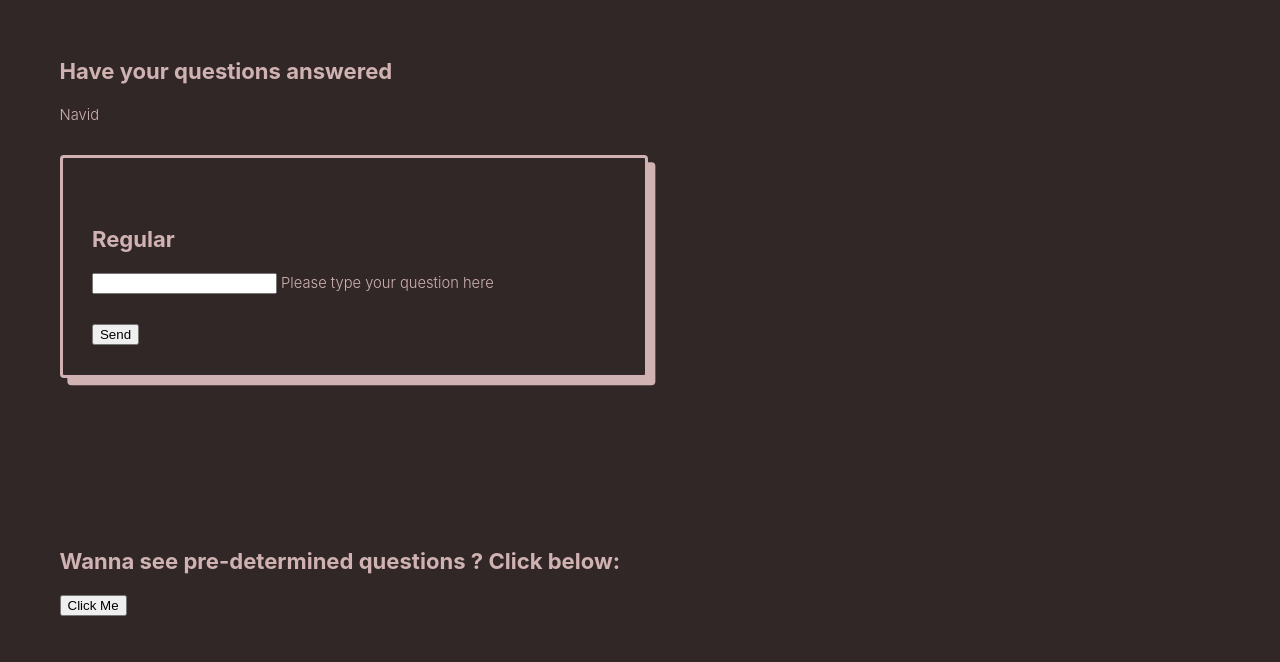
Repository: navid-amini12/capstone-1
Page: quiz.html
These files come from the project's save history. The page is drawn as it stood at one moment and after the next save; the edit follows.
The browser window is 1280 px wide. The pictures show the whole page.
Some web fonts or font styles are not loaded; a fallback is used.

Above is the page before, as saved 2022-05-17 13:16:42.

### quiz.html

<head>
    <link rel="stylesheet" href="quiz.css">
    </head>

<article class="l-design-widht">
    <h1>Have your questions answered</h1>

   <p>Navid</p>

    <div class="card">
      <h2><svg class="icon" aria-hidden="true">
        <h2>Regular</h2>
      <label class="input">
        <input class="input__field" type="text" placeholder=" " />
        <span class="input__label">Please type your question here</span>
      </label>
      <div class="button-group">
        <button>Send</button>

      </div>
    </div>



  <svg xmlns="http://www.w3.org/2000/svg" class="hidden">
    <symbol id="icon-coffee" viewBox="0 0 20 20">
      <title>icon-coffee</title>
      <path fill="currentColor" d="M15,17H14V9h3a3,3,0,0,1,3,3h0A5,5,0,0,1,15,17Zm1-6v3.83A3,3,0,0,0,18,12a1,1,0,0,0-1-1Z"/>
      <rect fill="currentColor" x="1" y="7" width="15" height="12" rx="3" ry="3"/>
      <path fill="var(--color-accent)" d="M7.07,5.42a5.45,5.45,0,0,1,0-4.85,1,1,0,0,1,1.79.89,3.44,3.44,0,0,0,0,3.06,1,1,0,0,1-1.79.89Z"/>
      <path fill="var(--color-accent)" d="M3.07,5.42a5.45,5.45,0,0,1,0-4.85,1,1,0,0,1,1.79.89,3.44,3.44,0,0,0,0,3.06,1,1,0,1,1-1.79.89Z"/>
      <path fill="var(--color-accent)" d="M11.07,5.42a5.45,5.45,0,0,1,0-4.85,1,1,0,0,1,1.79.89,3.44,3.44,0,0,0,0,3.06,1,1,0,1,1-1.79.89Z"/>
    </symbol>
  </svg>


    <h1>Wanna see pre-determined questions ? Click below:</h1>
    <button id = clickMeButton >Click Me</button>

### quiz.css
@import url('https://rsms.me/inter/inter.css');

:root {
  --color-light: rgb(49, 39, 39);
  --color-dark: #d1b2b2;
  --color-signal: #2a2121;

  --color-background: var(--color-light);
  --color-text: var(--color-dark);
  --color-accent: var(--color-signal);

  --size-bezel: .5rem;
  --size-radius: 4px;

  line-height: 1.4;

  font-family: 'Inter', sans-serif;
  font-size: calc(.6rem + .4vw);
  color: var(--color-text);
  background: var(--color-background);
  font-weight: 300;
  padding: 0 calc(var(--size-bezel) * 3);
}





.card {
  background: var(--color-background);
  padding: calc(4 * var(--size-bezel));
  margin-top: calc(4 * var(--size-bezel));
  border-radius: var(--size-radius);
  border: 3px solid var(--color-shadow, currentColor);
  box-shadow: .5rem .5rem 0 var(--color-shadow, currentColor);




}


.l-design-widht {
  max-width: 40rem;
  padding: 2rem;
}

.input {
  position: relative;
}
.button-group {
  margin-top: 30px
}
button {
    <!-- HTML !-->
    <button class="button-78" role="button">Button 78</button>

    /* CSS */
    .button-78 {
      align-items: center;
      appearance: none;
      background-clip: padding-box;
      background-color: initial;
      background-image: none;
      border-style: none;
      box-sizing: border-box;
      color: #fff;
      cursor: pointer;
      display: inline-block;
      flex-direction: row;
      flex-shrink: 0;
      font-family: Eina01,sans-serif;
      font-size: 16px;
      font-weight: 800;
      justify-content: center;
      line-height: 24px;
      margin: 0;
      min-height: 64px;
      outline: none;
      overflow: visible;
      padding: 19px 26px;
      pointer-events: auto;
      position: relative;
      text-align: center;
      text-decoration: none;
      text-transform: none;
      user-select: none;
      -webkit-user-select: none;
      touch-action: manipulation;
      vertical-align: middle;
      width: auto;
      word-break: keep-all;
      z-index: 0;
    }

    @media (min-width: 768px) {
      .button-78 {
        padding: 19px 32px;
      }
    }

    .button-78:before,
    .button-78:after {
      border-radius: 80px;
    }

    .button-78:before {
      background-image: linear-gradient(92.83deg, #ff7426 0, #f93a13 100%);
      content: "";
      display: block;
      height: 100%;
      left: 0;
      overflow: hidden;
      position: absolute;
      top: 0;
      width: 100%;
      z-index: -2;
    }

    .button-78:after {
      background-color: initial;
      background-image: linear-gradient(#541a0f 0, #0c0d0d 100%);
      bottom: 4px;
      content: "";
      display: block;
      left: 4px;
      overflow: hidden;
      position: absolute;
      right: 4px;
      top: 4px;
      transition: all 100ms ease-out;
      z-index: -1;
    }

    .button-78:hover:not(:disabled):before {
      background: linear-gradient(92.83deg, rgb(255, 116, 38) 0%, rgb(249, 58, 19) 100%);
    }

    .button-78:hover:not(:disabled):after {
      bottom: 0;
      left: 0;
      right: 0;
      top: 0;
      transition-timing-function: ease-in;
      opacity: 0;
    }

    .button-78:active:not(:disabled) {
      color: #ccc;
    }

    .button-78:active:not(:disabled):before {
      background-image: linear-gradient(0deg, rgba(0, 0, 0, .2), rgba(0, 0, 0, .2)), linear-gradient(92.83deg, #ff7426 0, #f93a13 100%);
    }

    .button-78:active:not(:disabled):after {
      background-image: linear-gradient(#541a0f 0, #0c0d0d 100%);
      bottom: 4px;
      left: 4px;
      right: 4px;
      top: 4px;
    }

    .button-78:disabled {
      cursor: default;
      opacity: .24;
    }
}


.icon {
  display: inline-block;
  height: 0em;
  margin-right: .5em;
}

After the next save:
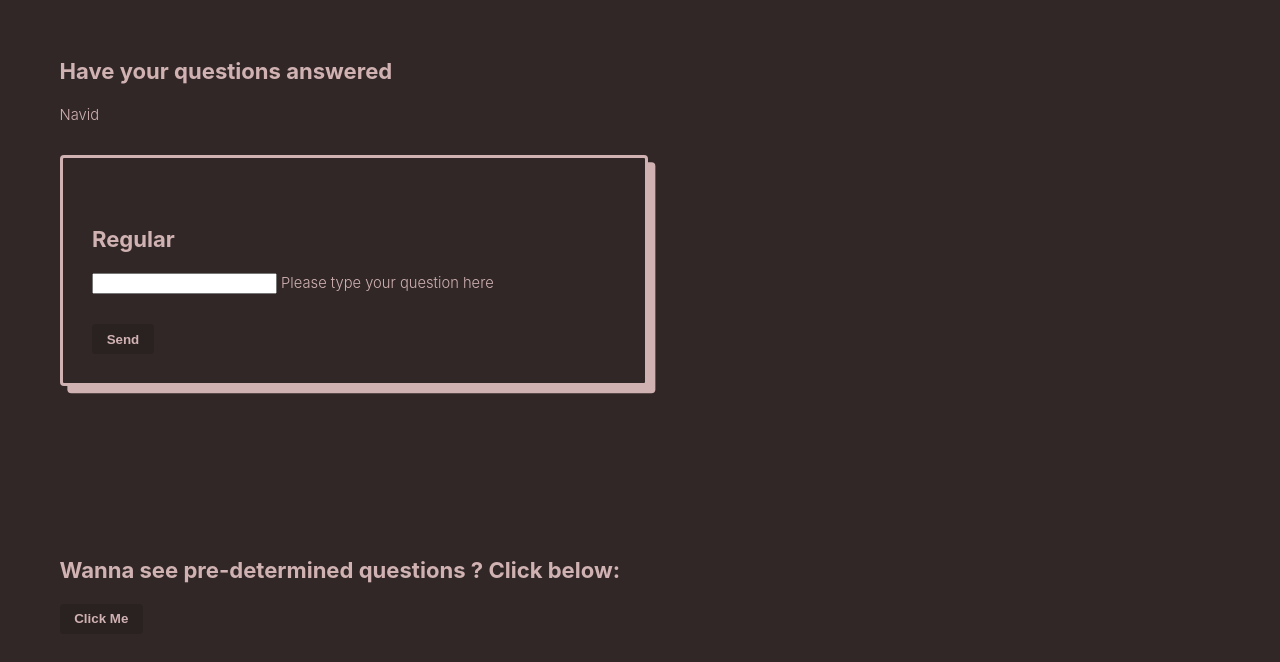
Saved 24 s later.
--- a/quiz.css
+++ b/quiz.css
@@ -52,119 +52,12 @@
   margin-top: 30px
 }
 button {
-    <!-- HTML !-->
-    <button class="button-78" role="button">Button 78</button>
-
-    /* CSS */
-    .button-78 {
-      align-items: center;
-      appearance: none;
-      background-clip: padding-box;
-      background-color: initial;
-      background-image: none;
-      border-style: none;
-      box-sizing: border-box;
-      color: #fff;
-      cursor: pointer;
-      display: inline-block;
-      flex-direction: row;
-      flex-shrink: 0;
-      font-family: Eina01,sans-serif;
-      font-size: 16px;
-      font-weight: 800;
-      justify-content: center;
-      line-height: 24px;
-      margin: 0;
-      min-height: 64px;
-      outline: none;
-      overflow: visible;
-      padding: 19px 26px;
-      pointer-events: auto;
-      position: relative;
-      text-align: center;
-      text-decoration: none;
-      text-transform: none;
-      user-select: none;
-      -webkit-user-select: none;
-      touch-action: manipulation;
-      vertical-align: middle;
-      width: auto;
-      word-break: keep-all;
-      z-index: 0;
-    }
-
-    @media (min-width: 768px) {
-      .button-78 {
-        padding: 19px 32px;
-      }
-    }
-
-    .button-78:before,
-    .button-78:after {
-      border-radius: 80px;
-    }
-
-    .button-78:before {
-      background-image: linear-gradient(92.83deg, #ff7426 0, #f93a13 100%);
-      content: "";
-      display: block;
-      height: 100%;
-      left: 0;
-      overflow: hidden;
-      position: absolute;
-      top: 0;
-      width: 100%;
-      z-index: -2;
-    }
-
-    .button-78:after {
-      background-color: initial;
-      background-image: linear-gradient(#541a0f 0, #0c0d0d 100%);
-      bottom: 4px;
-      content: "";
-      display: block;
-      left: 4px;
-      overflow: hidden;
-      position: absolute;
-      right: 4px;
-      top: 4px;
-      transition: all 100ms ease-out;
-      z-index: -1;
-    }
-
-    .button-78:hover:not(:disabled):before {
-      background: linear-gradient(92.83deg, rgb(255, 116, 38) 0%, rgb(249, 58, 19) 100%);
-    }
-
-    .button-78:hover:not(:disabled):after {
-      bottom: 0;
-      left: 0;
-      right: 0;
-      top: 0;
-      transition-timing-function: ease-in;
-      opacity: 0;
-    }
-
-    .button-78:active:not(:disabled) {
-      color: #ccc;
-    }
-
-    .button-78:active:not(:disabled):before {
-      background-image: linear-gradient(0deg, rgba(0, 0, 0, .2), rgba(0, 0, 0, .2)), linear-gradient(92.83deg, #ff7426 0, #f93a13 100%);
-    }
-
-    .button-78:active:not(:disabled):after {
-      background-image: linear-gradient(#541a0f 0, #0c0d0d 100%);
-      bottom: 4px;
-      left: 4px;
-      right: 4px;
-      top: 4px;
-    }
-
-    .button-78:disabled {
-      cursor: default;
-      opacity: .24;
-    }
+  color: currentColor;
+  padding: var(--size-bezel) calc(var(--size-bezel) * 2);
+  background: var(--color-accent);
+  border: none;
+  border-radius: var(--size-radius);
+  font-weight: 900;
 }
 
 
@@ -173,3 +66,6 @@ button {
   height: 0em;
   margin-right: .5em;
 }
+.clickMeButton {
+    background: blue
+}
